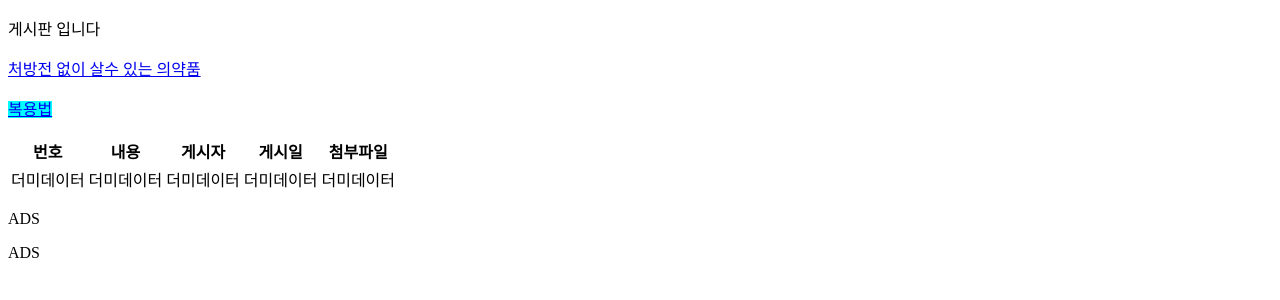
Repository: letzbegin/Study
Page: http://localhost/portfolio/WEB-INF/views/board/board.jsp
The author's editor kept a copy of each file at every save. The page is drawn from the files as they stood at one save, then again after the next save.
The browser window is 1280 px wide. The pictures show the whole page.
The page is served by Tomcat 9. Nobody is signed in. The template is opened directly, without the code that normally fills it, so the values that code supplies are empty.

Above is the page before, as saved 2018-10-12 06:07:47.

After the next save:
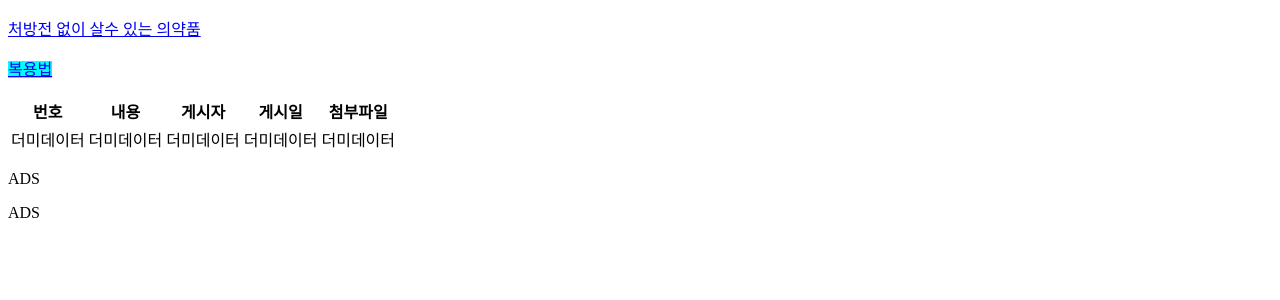
Saved 8 s later.
--- a/pol/portfolio/src/main/webapp/WEB-INF/views/board/board.jsp
+++ b/pol/portfolio/src/main/webapp/WEB-INF/views/board/board.jsp
@@ -7,9 +7,6 @@
 <title>Insert title here</title>
 </head>
 <body>
-	<p>게시판 입니다</p>
-
-
 	<div class="container-fluid text-center">
 		<div class="row content">
 			<div class="col-sm-3 sidenav">
